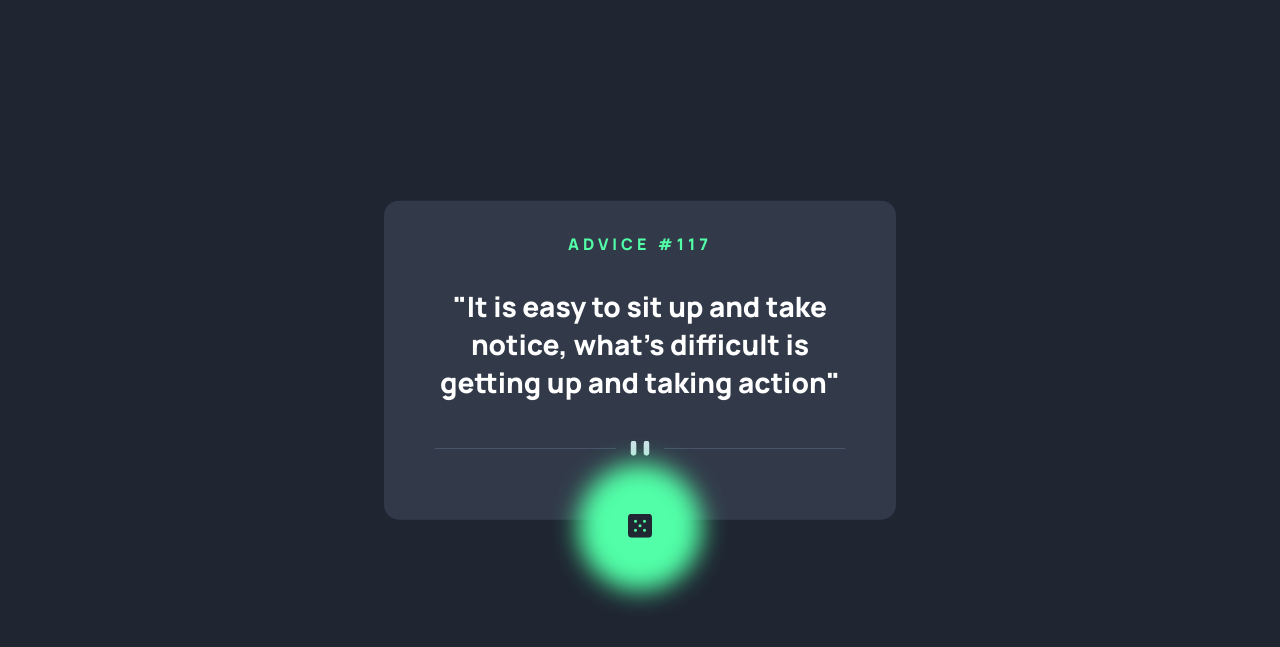
Repository: WindOfCodes/advice-generator-app
Page: index.html
The author's editor kept a copy of each file at every save. The page is drawn from the files as they stood at one save, then again after a run of saves.
The browser window is 1280 px wide. The pictures show the whole page.
The pointer rests on the first visible `.dice`.

Above is the page before, as saved 2022-11-28 22:24:27.

After the next 2 saves:
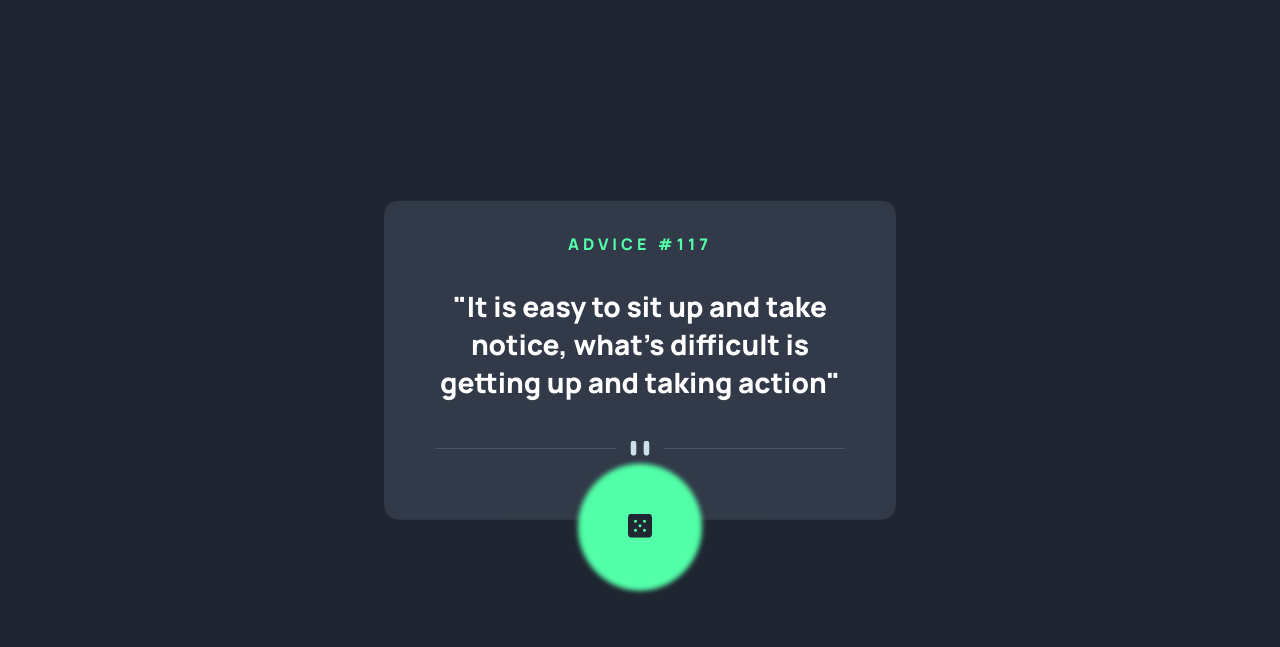
The 2 saves are shown as one change because they came seconds apart.
The last was saved 9 s later.
--- a/styles/main.css
+++ b/styles/main.css
@@ -65,7 +65,7 @@ body {
 
 .dice:hover {
   cursor: pointer;
-  -webkit-box-shadow: 0px 0px 25px 30px hsla(150, 100%, 66%, 1);
-  -moz-box-shadow: 0px 0px 25px 30px hsla(150, 100%, 66%, 1);
-  box-shadow: 0px 0px 25px 30px hsla(150, 100%, 66%, 1);
+  -webkit-box-shadow: 0px 0px 5px 30px hsla(150, 100%, 66%, 1);
+  -moz-box-shadow: 0px 0px 5px 30px hsla(150, 100%, 66%, 1);
+  box-shadow: 0px 0px 5px 30px hsla(150, 100%, 66%, 1);
 }
